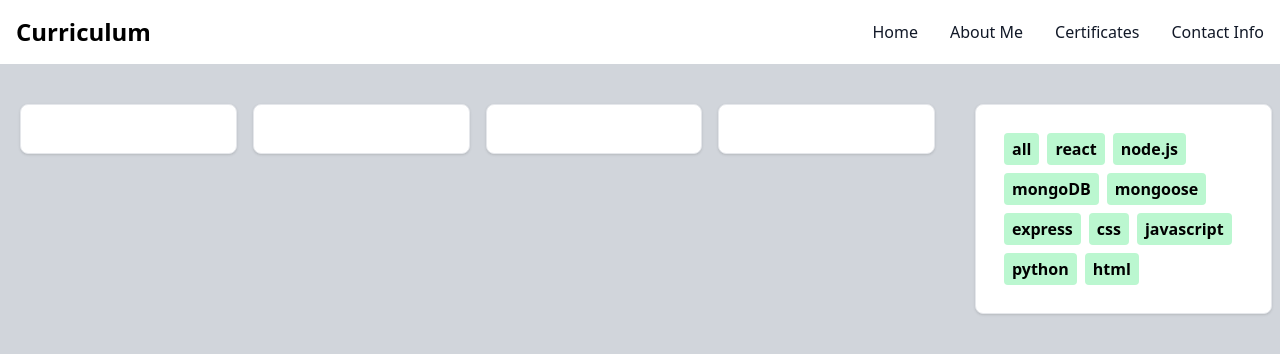
Repository: JetPi/Presentatio-Project
Page: /about/certificates
An editor plug-in stored every save of this project. The page is shown before and after the next save, followed by the edit.
The browser window is 1280 px wide. The pictures show the whole page.
The project was rebuilt for these pictures with package versions that can differ from the ones it lists, and the page was loaded fresh each time. The framework's server and built-in components were replaced by stand-ins that run in the browser. Also part of the build but not shown: next.config.js.

Above is the page before, as saved 2023-04-03 16:43:11.

### src/pages/_app.tsx
import "@/styles/globals.css";
import type { AppProps } from "next/app";
import { NavBar } from "@/components/NavBar";

const navList = [
  { text: "Home", href: "/" },
  { text: "About Me", href: "/about/me" },
  { text: "Certificates", href: "/about/certificates" },
  { text: "Contact Info", href: "/about/socials" },
];

export default function App({ Component, pageProps }: AppProps) {
  return (
    <div className="min-h-screen pb-2 bg-gray-300 h-cover">
      <NavBar navList={navList} />
      <Component {...pageProps} />
    </div>
  );
}

### src/pages/about/certificates.tsx
import { Card, CardTitle, CardButton } from "@/components/Card";
import CertificateList from "@/components/CertificateList";
import Image from "next/image";
import { Url } from "url";

const DUMMY_SKILL_LIST = [
  "react",
  "node.js",
  "mongoDB",
  "mongoose",
  "express",
  "css",
  "javascript",
  "python",
  "html",
];

const url: Url = {
  href: "/about/me",
  auth: null,
  hash: null,
  host: null,
  hostname: null,
  path: null,
  pathname: null,
  protocol: null,
  search: null,
  slashes: null,
  port: null,
  query: null,
};

const DUMMY_TEST = [
  {
    name: "Test 1",
    source: "Source 1",
    description: "DESCRIPTION HERE",
    image: "https://picsum.photos/200/300",
    skills: ["mongoDB", "Node.js", "Express"],
    url,
  },
  {
    name: "Test 2",
    source: "Source 2",
    description: "DESCRIPTION HERE",
    image: "https://picsum.photos/200/300",
    skills: ["react", "mongoDB", "Node.js"],
    url,
  },
  {
    name: "Test 3",
    description: "DESCRIPTION HERE",
    source: "Source 3",
    image: "https://picsum.photos/200/300",
    skills: ["react", "mongoDB", "Express"],
    url,
  },
  {
    name: "Test 4",
    source: "Source 4",
    description: "DESCRIPTION HERE",
    image: "https://picsum.photos/200/300",
    skills: ["react", "Node.js", "Express"],
    url,
  },
];

export default function Certificate() {
  return (
    <div>
      <CertificateList itemList={DUMMY_TEST} skillList={DUMMY_SKILL_LIST} />
    </div>
  );
}

### src/styles/globals.css
@tailwind base;
@tailwind components;
@tailwind utilities;

:root {
  --max-width: 1100px;
  --border-radius: 12px;
  --font-mono: ui-monospace, Menlo, Monaco, "Cascadia Mono", "Segoe UI Mono",
    "Roboto Mono", "Oxygen Mono", "Ubuntu Monospace", "Source Code Pro",
    "Fira Mono", "Droid Sans Mono", "Courier New", monospace;

  --foreground-rgb: 0, 0, 0;
  --background-start-rgb: 214, 219, 220;
  --background-end-rgb: 255, 255, 255;

  --primary-glow: conic-gradient(
    from 180deg at 50% 50%,
    #16abff33 0deg,
    #0885ff33 55deg,
    #54d6ff33 120deg,
    #0071ff33 160deg,
    transparent 360deg
  );
  --secondary-glow: radial-gradient(
    rgba(255, 255, 255, 1),
    rgba(255, 255, 255, 0)
  );

  --tile-start-rgb: 239, 245, 249;
  --tile-end-rgb: 228, 232, 233;
  --tile-border: conic-gradient(
    #00000080,
    #00000040,
    #00000030,
    #00000020,
    #00000010,
    #00000010,
    #00000080
  );

  --callout-rgb: 238, 240, 241;
  --callout-border-rgb: 172, 175, 176;
  --card-rgb: 180, 185, 188;
  --card-border-rgb: 131, 134, 135;
}

@media (prefers-color-scheme: dark) {
  :root {
    --foreground-rgb: 255, 255, 255;
    --background-start-rgb: 0, 0, 0;
    --background-end-rgb: 0, 0, 0;

    --primary-glow: radial-gradient(rgba(1, 65, 255, 0.4), rgba(1, 65, 255, 0));
    --secondary-glow: linear-gradient(
      to bottom right,
      rgba(1, 65, 255, 0),
      rgba(1, 65, 255, 0),
      rgba(1, 65, 255, 0.3)
    );

    --tile-start-rgb: 2, 13, 46;
    --tile-end-rgb: 2, 5, 19;
    --tile-border: conic-gradient(
      #ffffff80,
      #ffffff40,
      #ffffff30,
      #ffffff20,
      #ffffff10,
      #ffffff10,
      #ffffff80
    );

    --callout-rgb: 20, 20, 20;
    --callout-border-rgb: 108, 108, 108;
    --card-rgb: 100, 100, 100;
    --card-border-rgb: 200, 200, 200;
  }
}

* {
  box-sizing: border-box;
  padding: 0;
  margin: 0;
}

html,
body {
  max-width: 100vw;
  overflow-x: hidden;
}

body {
  color: rgb(var(--foreground-rgb));
}

a {
  color: inherit;
  text-decoration: none;
}

@media (prefers-color-scheme: dark) {
  html {
    color-scheme: dark;
  }
}

### src/components/NavBar.tsx
import Image from "next/image";
import Link from "next/link";
import { ReactNode } from "react";
type NavData = {
  href: string;
  text: string;
};

interface Props {
  children?: ReactNode | string;
  href?: string;
  navList?: Array<NavData>;
}

function NavItem({ children, href }: Props) {
  return (
    <li>
      <Link
        href={{ pathname: href }}
        className="block py-2 pl-3 pr-4 text-gray-900 rounded hover:bg-gray-100 md:hover:bg-transparent md:border-0 md:hover:text-blue-700 md:p-0 dark:text-white md:dark:hover:text-blue-500 dark:hover:bg-gray-700 dark:hover:text-white md:dark:hover:bg-transparent"
      >
        {children}
      </Link>
    </li>
  );
}

export function NavBar({ navList }: Props) {
  return (
    <nav className="bg-white border-gray-200 dark:bg-gray-900">
      <div className="flex flex-wrap items-center justify-between max-w-screen-xl p-4 mx-auto">
        <span className="self-center text-2xl font-semibold whitespace-nowrap dark:text-white">
          Curriculum
        </span>
        <button
          data-collapse-toggle="navbar-default"
          type="button"
          className="inline-flex items-center p-2 ml-3 text-sm text-gray-500 rounded-lg md:hidden hover:bg-gray-100 focus:outline-none focus:ring-2 focus:ring-gray-200 dark:text-gray-400 dark:hover:bg-gray-700 dark:focus:ring-gray-600"
          aria-controls="navbar-default"
          aria-expanded="false"
        >
          <span className="sr-only">Open main menu</span>
          <svg
            className="w-6 h-6"
            aria-hidden="true"
            fill="currentColor"
            viewBox="0 0 20 20"
            xmlns="http://www.w3.org/2000/svg"
          >
            <path
              fillRule="evenodd"
              d="M3 5a1 1 0 011-1h12a1 1 0 110 2H4a1 1 0 01-1-1zM3 10a1 1 0 011-1h12a1 1 0 110 2H4a1 1 0 01-1-1zM3 15a1 1 0 011-1h12a1 1 0 110 2H4a1 1 0 01-1-1z"
              clipRule="evenodd"
            ></path>
          </svg>
        </button>
        <div className="hidden w-full md:block md:w-auto" id="navbar-default">
          <ul className="flex flex-col p-4 mt-4 font-medium border border-gray-100 rounded-lg md:p-0 bg-gray-50 md:flex-row md:space-x-8 md:mt-0 md:border-0 md:bg-white dark:bg-gray-800 md:dark:bg-gray-900 dark:border-gray-700">
            {navList?.map((item) => {
              return (
                <NavItem href={item.href} key={Math.random()}>
                  {item.text}
                </NavItem>
              );
            })}
          </ul>
        </div>
      </div>
    </nav>
  );
}

### src/components/CertificateList.tsx
import React, { MouseEventHandler, useEffect, useState } from "react";
import { Url } from "url";
import { Card, CardButton, CardTitle } from "./Card";
import Image from "next/image";

interface Props {
  itemList: Array<{
    name: string;
    image: string;
    description: string;
    skills: Array<string>;
    url: Url;
  }>;
  skillList: Array<string>;
}

interface buttonProps {
  skill: string;
  onClickHandler: MouseEventHandler;
}

function CertificateButton({ skill, onClickHandler }: buttonProps) {
  return (
    <button
      className="px-2 py-1 m-1 font-semibold bg-green-200 border-green-800 rounded"
      onClick={onClickHandler}
    >
      {skill}
    </button>
  );
}

export default function CertificateList({ itemList, skillList }: Props) {
  const initialList = itemList.map((item) => {
    return {
      ...item,
      skills: item.skills.map((skill) => {
        return skill.toLowerCase();
      }),
    };
  });
  const [list, setList] = useState(initialList);

  function skillRemover(skill: string) {
    let tempList = initialList.filter((item) => {
      return item.skills.includes(skill);
    });
    setList(tempList);
  }

  return (
    <div className="flex flex-row">
      <div className="grid w-3/4 grid-cols-4 gap-4 mx-5 mt-10">
        {list?.map((item) => {
          return (
            <Card key={item.name} styling="flex flex-col h-10">
              {/* <CardTitle>{item.name}</CardTitle>
              <div className="w-full m-2 h-18">
                {item.skills.map((skill) => {
                  return skill + " ";
                })}
              </div> */}
            </Card>
          );
        })}
      </div>
      <div className="w-1/4 mt-10 ml-5">
        <Card styling="mr-2">
          <ul className="flex flex-row flex-wrap">
            <CertificateButton
              skill={"all"}
              onClickHandler={() => setList(initialList)}
            />
            {skillList?.map((item) => {
              return (
                <li key={item}>
                  <CertificateButton
                    skill={item}
                    onClickHandler={() => {
                      skillRemover(item);
                    }}
                  />
                </li>
              );
            })}
          </ul>
        </Card>
      </div>
    </div>
  );
}

### src/components/Card.tsx
import { redirect } from "next/dist/server/api-utils";
import Link from "next/link";
import { useRouter } from "next/router";
import { Url } from "url";
import React, { MouseEventHandler, ReactNode, useState } from "react";
interface Props {
  children?: ReactNode;
  styling?: string;
  href?: string;
}

interface ButtonProps {
  children?: ReactNode;
  styling?: string;
  href: Url;
}

export function Card({ styling, children }: Props) {
  return (
    <div
      className={`${
        styling ? styling : "flex justify-stretch"
      } p-6 bg-white border border-gray-200 rounded-lg shadow hover:bg-gray-100 dark:bg-gray-800 dark:border-gray-700 dark:hover:bg-gray-700`}
    >
      {children}
      <p className="font-normal text-gray-700 dark:text-gray-400"></p>
    </div>
  );
}

export function CardButton({ href, styling, children }: ButtonProps) {
  return (
    <Link
      className={`${
        styling ? styling : "w-32  "
      } p-2 text-center bg-white border border-gray-200 rounded-lg shadow hover:bg-gray-100 dark:bg-gray-800 dark:border-gray-700 dark:hover:bg-gray-700`}
      href={href.href}
    >
      {children}
    </Link>
  );
}

export function CardTitle({ children }: Props) {
  return (
    <h5 className="mb-2 text-2xl font-bold tracking-tight text-center text-gray-900 dark:text-white">
      {children}
    </h5>
  );
}

Loaded but not shown: src/pages/_document.tsx (common file); tailwind.config.js (common file)

After the next save:
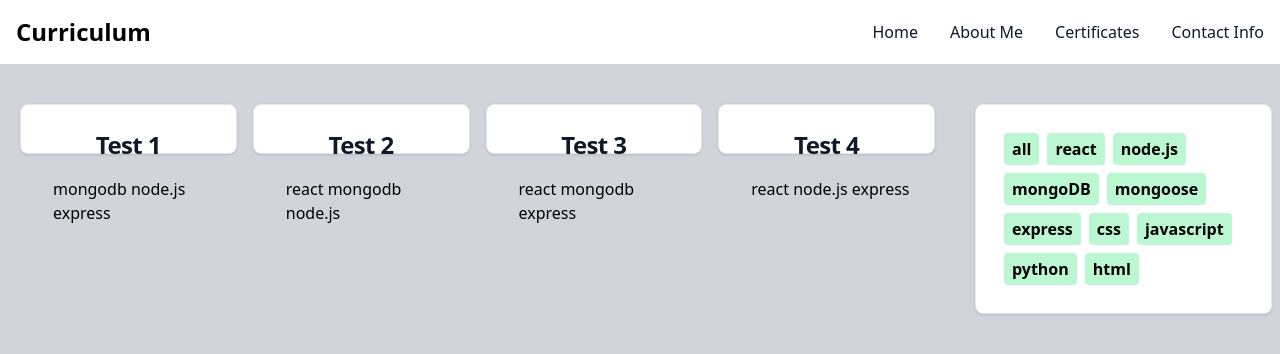
Saved 9 s later.
--- a/src/components/CertificateList.tsx
+++ b/src/components/CertificateList.tsx
@@ -54,12 +54,12 @@ export default function CertificateList({ itemList, skillList }: Props) {
         {list?.map((item) => {
           return (
             <Card key={item.name} styling="flex flex-col h-10">
-              {/* <CardTitle>{item.name}</CardTitle>
+              <CardTitle>{item.name}</CardTitle>
               <div className="w-full m-2 h-18">
                 {item.skills.map((skill) => {
                   return skill + " ";
                 })}
-              </div> */}
+              </div>
             </Card>
           );
         })}
